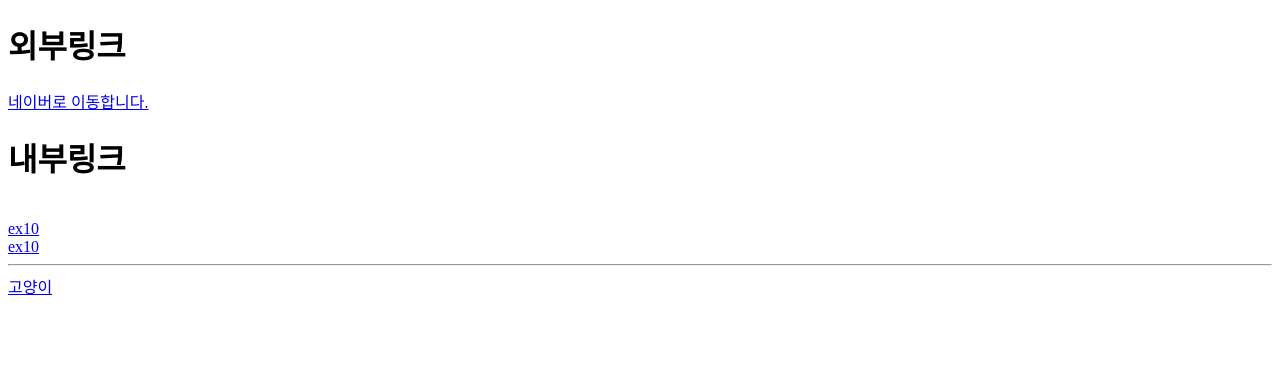
Repository: Hwang-97/HhwDesktop
Page: client/ClientTest/src/main/webapp/html/ex11_link.html
These files come from the project's save history. The page is drawn as it stood at one moment and after the next save; the edit follows.
The browser window is 1280 px wide. The pictures show the whole page.

Above is the page before, as saved 2021-12-10 00:29:12.

After the next save:
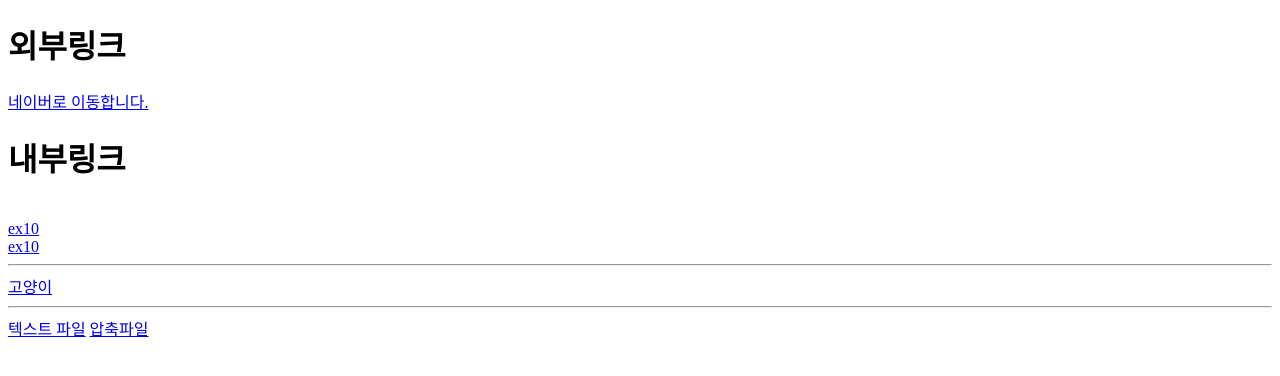
Saved 3 min 34 s later.
--- a/client/ClientTest/src/main/webapp/html/ex11_link.html
+++ b/client/ClientTest/src/main/webapp/html/ex11_link.html
@@ -16,5 +16,10 @@
 
 <a href ="./../images/cat01.jpg">고양이</a>
 
+<hr>
+
+<a href = "./test.txt">텍스트 파일</a>
+<a href = "./html.zip">압축파일</a>
+
 </body>
 </html>
